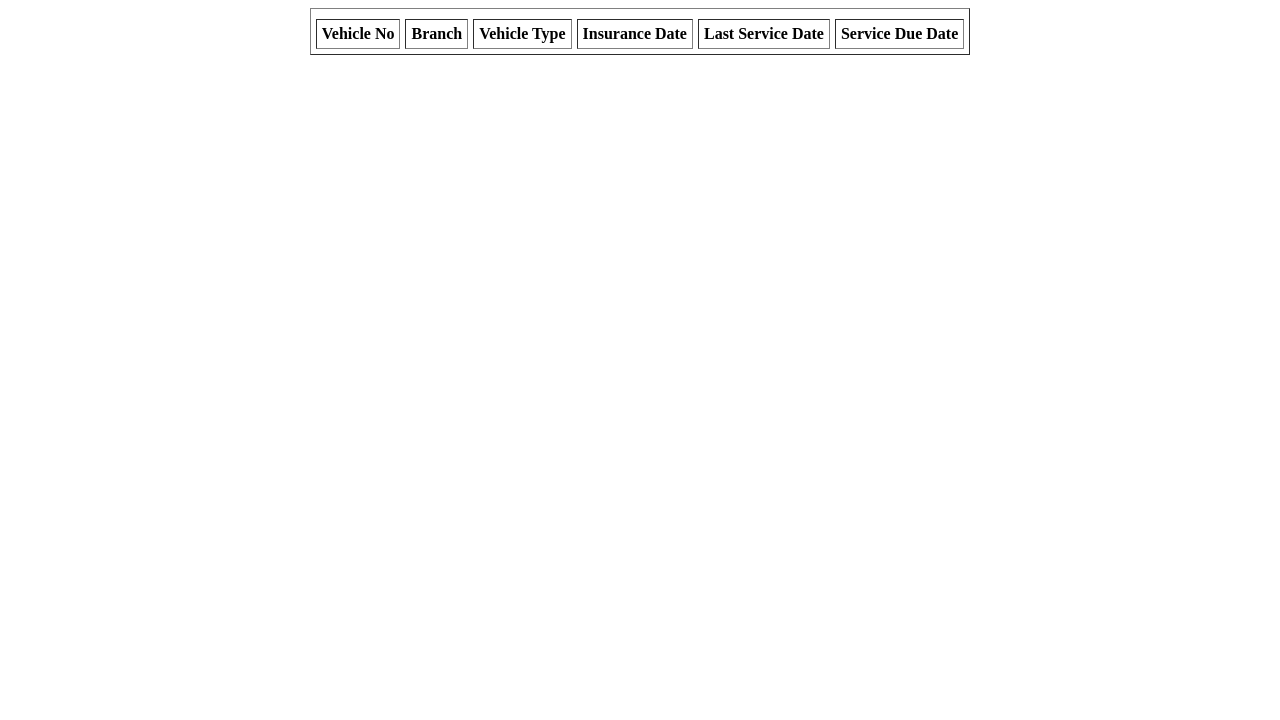
Repository: vaibhavgramni/VehicleSystem
Page: http://localhost/VehicleReservation/SearchVehicleTypeData.jsp
An editor plug-in stored every save of this project. The page is shown before and after the next save, followed by the edit.
The browser window is 1280 px wide. The pictures show the whole page.
The page is served by Tomcat 9. Other server files are loaded and not shown. Queries for data that is not in the repository find no rows.

Above is the page before, as saved 2019-05-06 09:23:22.

### VehicleReservation/WebContent/SearchVehicleTypeData.jsp

<%@page import="java.sql.Connection"%>
<%@page import="java.sql.PreparedStatement"%>
<%@page import="java.sql.ResultSet"%>
<%@page import="java.sql.SQLException"%>
<%@page import="VehicleR.*"%>
<%@page import="java.util.*"%>
<%@page import="java.text.*"%>

<!DOCTYPE html PUBLIC "-//W3C//DTD HTML 4.01 Transitional//EN" "http://www.w3.org/TR/html4/loose.dtd">
<html>
<head>
<meta http-equiv="Content-Type" content="text/html; charset=ISO-8859-1">
<title>Insert title here</title>
</head>
<body>
<%
Connection con=null;
PreparedStatement pstmt=null;
ResultSet rs=null;
String vehicletype=(String)request.getParameter("vehicletype");
String role = (String)session.getAttribute("role");
%>
		<table align="center" cellpadding="5" cellspacing="5" border="1">
			<tr>

			</tr>
			<tr>
				<td><b>Vehicle No</b></td>
				<td><b>Branch</b></td>
				<td><b>Vehicle Type</b></td>
				<td><b>Insurance Date</b></td>
				<td><b>Last Service Date</b></td>
				<td><b>Service Due Date</b></td>
				</tr>
				<%
				try {
		               con=Util1.getConnection();
		               System.out.println("before stmt");
		               System.out.println(vehicletype);
		               pstmt=con.prepareStatement("select * from vehicleinfo1 where vehicletype='"+vehicletype+"'");
		               System.out.println("after stmt");
		               rs=pstmt.executeQuery();
		               System.out.println("Inside try search page");
		               while(rs.next())
		               {
		            	   System.out.println("inside while next");
		            	   String d = rs.getString("insurancedate");
		            	    String servicedate = rs.getString("serviceduedate");
		            	    SimpleDateFormat format=new SimpleDateFormat("yyyy-MM-dd");
		           			Date date = format.parse(d);
		           			Date dateservice = format.parse(servicedate);
		           		 	System.out.println(date);
		            	   Date datetoday = Calendar.getInstance().getTime();
		         	       int diffInDays = (int) ((datetoday.getTime() - date.getTime()) / (1000 * 60 * 60 * 24));
		         	       int diffInDaysService = (int) ((datetoday.getTime() - dateservice.getTime()) / (1000 * 60 * 60 * 24));
		         	        System.out.println(diffInDays);
		            	   if(role.equals("admin"))
		            	   {
		            		   %>
		            		   	<tr>
					<td><a href="Updateform2.jsp" id="vehicleno"><%=rs.getString("vehicleno") %></a></td>
					<td><%=rs.getString("branch") %></td>
					<td><%=rs.getString("vehicletype") %></td>
					<%  if(diffInDays<=15)
		         	        				{  %>
		    									<td style="color:red;"><%=rs.getString("insurancedate") %></td>
		    								<% }
		    								else
		    								{  %>
		    									<td><%=rs.getString("insurancedate") %></td>
		    							<% 	}  %>
		    								<td><%=rs.getString("lastservicedate") %></td>
		    								<%  if(diffInDaysService<=15)
		         	        				{  %>
		    									<td style="color:red;"><%=rs.getString("serviceduedate") %></td>
		    								<% }
		    								else
		    								{  %>
		    									<td><%=rs.getString("serviceduedate") %></td>
		    							<% 	}  %>

				</tr>
						<%
		            	   }
		            	   else
		            	   {
		            		  %>
		            		  <tr>
					<td><%=rs.getString("vehicleno") %></td>
					<td><%=rs.getString("branch") %></td>
					<td><%=rs.getString("vehicletype") %></td>
					<%  if(diffInDays<=15)
		         	        				{  %>
		    									<td style="color:red;"><%=rs.getString("insurancedate") %></td>
		    								<% }
		    								else
		    								{  %>
		    									<td><%=rs.getString("insurancedate") %></td>
		    							<% 	}  %>
		    								<td><%=rs.getString("lastservicedate") %></td>
		    								<%  if(diffInDaysService<=15)
		         	        				{  %>
		    									<td style="color:red;"><%=rs.getString("serviceduedate") %></td>
		    								<% }
		    								else
		    								{  %>
		    									<td><%=rs.getString("serviceduedate") %></td>
		    							<% 	}  %>

				</tr>
				<%
		            	   }


		               }
		             }
		             catch (SQLException e) {
		                      e.printStackTrace();
		               }
		               finally {
		                      Util1.closeAll(rs, pstmt, con);
		               }
				%>
		</table>
</body>
</html>

### VehicleReservation/src/VehicleR/Util1.java
package VehicleR;

import java.io.FileReader;
import java.io.IOException;
import java.sql.Connection;
import java.sql.DriverManager;
import java.sql.ResultSet;
import java.sql.SQLException;
import java.sql.Statement;
import java.util.Properties;

public class Util1 {
private static final String driverClass;
private static final String url;
private static final String username;
private static final String password;

static
{
	System.out.println("inside util1");
	/*Properties pr=new Properties();
	FileReader in=null;*/
	driverClass="oracle.jdbc.driver.OracleDriver";
	url="jdbc:oracle:thin:@localhost:1521:XE";
	username="system";
	password="password-1";
	try
	{

/*
		in=new FileReader("//constant.properties");
		pr.load(in);
*/	}
	catch(Exception e)
	{
		e.printStackTrace();
	}
	finally
	{
		/*try
		{
			if(in!=null)
			{
				in.close();
				in=null;
			}
		}
		catch(IOException e)
		{
			e.printStackTrace();
		}*/
		/*driverClass=pr.getProperty("driverClass");
		url=pr.getProperty("url");
		username=pr.getProperty("username");
		password=pr.getProperty("password");*/

	}
}

static
{
	try
	{
		Class.forName(driverClass);
	}
	catch(ClassNotFoundException e)
	{
		e.printStackTrace();
	}
}
public static Connection getConnection() throws SQLException
{
	return DriverManager.getConnection(url,username,password);
}
public static void closeAll(ResultSet rs,Statement stmt,Connection con)
{
	try
	{
		if(rs!=null)
		{
			rs.close();
			rs=null;
		}
	}
	catch(SQLException e)
	{
		e.printStackTrace();
	}
	try
	{
		if(stmt!=null)
		{
			stmt.close();
		}
	}
	catch(SQLException e)
	{
		e.printStackTrace();
	}
	try
	{
		if(con!=null)
		{
			con.close();
			con=null;
		}
	}
	catch(SQLException e)
	{
		e.printStackTrace();
	}
}
}

### VehicleReservation/WebContent/tablebranch.css
body
{
    background: url(yr.jpg) no-repeat;
    background-size: cover;
}
table,th,td
{
    padding: 50px;
    width: 85%;
    height: 20%;
    margin: auto;
    margin-top: 100px;
    border: 1px  darkcyan;

    border-radius: 30px;
    border-collapse: collapse;
    text-align: center;
    font-size: 20px;
    table-layout: fixed;
    background:white;

    color:darkcyan;
    margin-top: 100px;
}
th,td
{
    padding: 20px;
    opacity: 0.9;
}
h1
{
    color: darkcyan;
}

After the next save:
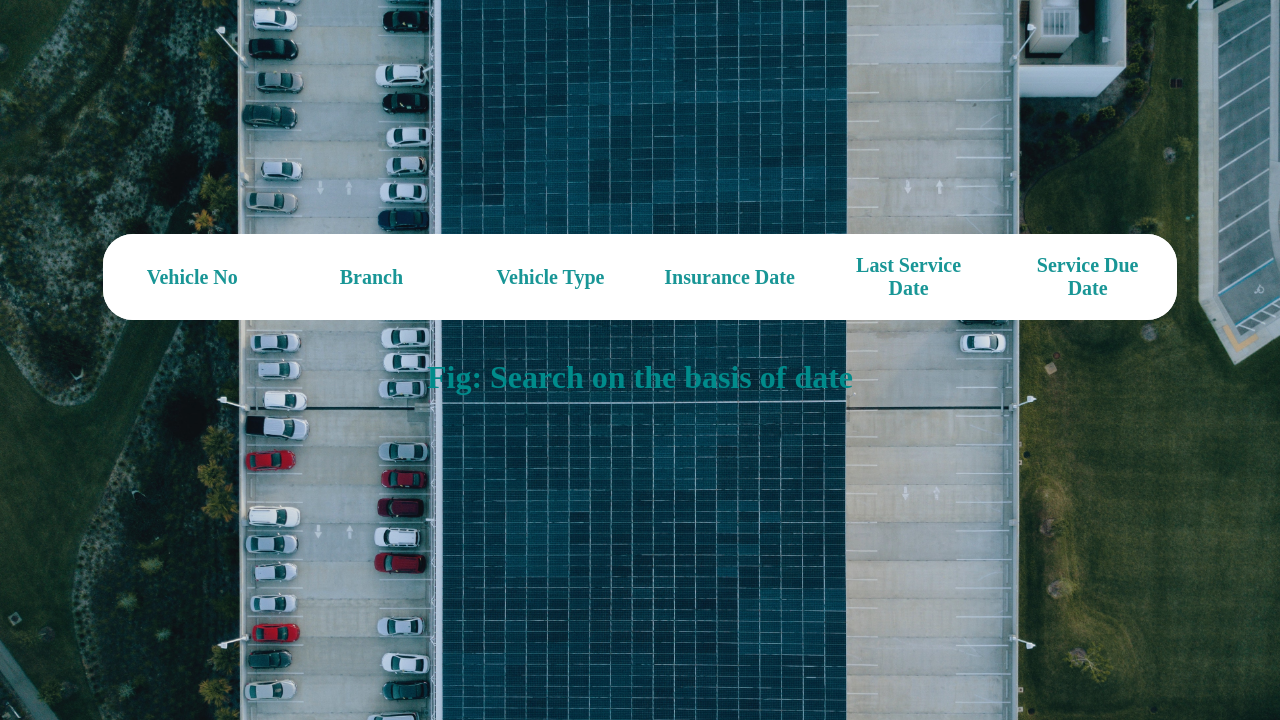
Saved 38 s later.
--- a/VehicleReservation/WebContent/SearchVehicleTypeData.jsp
+++ b/VehicleReservation/WebContent/SearchVehicleTypeData.jsp
@@ -10,6 +10,7 @@
 <!DOCTYPE html PUBLIC "-//W3C//DTD HTML 4.01 Transitional//EN" "http://www.w3.org/TR/html4/loose.dtd">
 <html>
 <head>
+<link rel="Stylesheet" href="tablebranch.css">
 <meta http-equiv="Content-Type" content="text/html; charset=ISO-8859-1">
 <title>Insert title here</title>
 </head>
@@ -20,7 +21,13 @@ PreparedStatement pstmt=null;
 ResultSet rs=null;
 String vehicletype=(String)request.getParameter("vehicletype");
 String role = (String)session.getAttribute("role");
-%>
+%><br>
+	<br>
+	<br>
+		<br>
+		<br>
+		<br>
+		<br>
 		<table align="center" cellpadding="5" cellspacing="5" border="1">
 			<tr>
 
@@ -123,5 +130,7 @@ String role = (String)session.getAttribute("role");
 		               }
 				%>
 		</table>
+		<br>
+		<p><center><h1>Fig: Search on the basis of date</h1></center></p>
 </body>
 </html>
